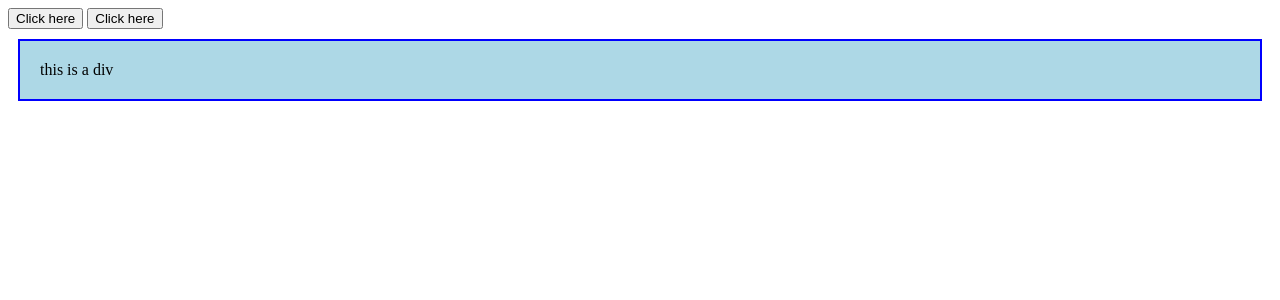
Repository: phulkeshwarmahto/CompleteJS
Page: indi.html
An editor plug-in stored every save of this project. The page is shown before and after a run of saves, followed by the edit.
The browser window is 1280 px wide. The pictures show the whole page.

Above is the page before, as saved 2025-07-02 11:33:56.

### indi.html
<!DOCTYPE html>
<html lang="en">
<head>
    <meta charset="UTF-8">
    <meta name="viewport" content="width=device-width, initial-scale=1.0">
    <title>Document</title>
    <link rel="stylesheet" href="events.css">
</head>
<body>
    <button onclick="console.log('you clicked this button');alert('hello!')">Click here</button>
    <button ondblclick="console.log('you clicked this button two times');alert(' 2 times hello!')">Click here</button>
    <div id="div1">this is a div</div>
</body>
<script src="evnts.js"></script>

</html>

### events.css
#div1 {

    background-color: lightblue;
    padding: 20px;
    border: 2px solid blue;
    margin: 10px;
    display: block;
}

Loaded but not shown: evnts.js (no stored copy; drawn as an empty file)

After the next 3 saves:
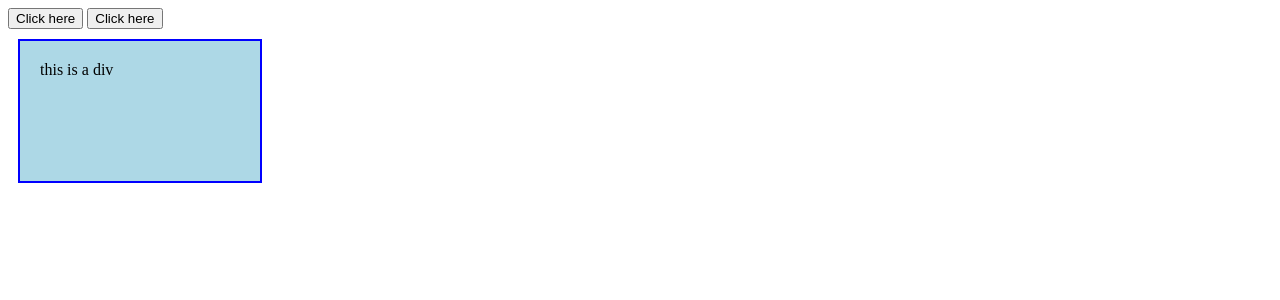
The 3 saves are shown as one change because they came seconds apart.
The last was saved 13 s later.
--- a/events.css
+++ b/events.css
@@ -5,4 +5,6 @@
     border: 2px solid blue;
     margin: 10px;
     display: block;
+    width: 200px;
+    height: 100px;
 }
